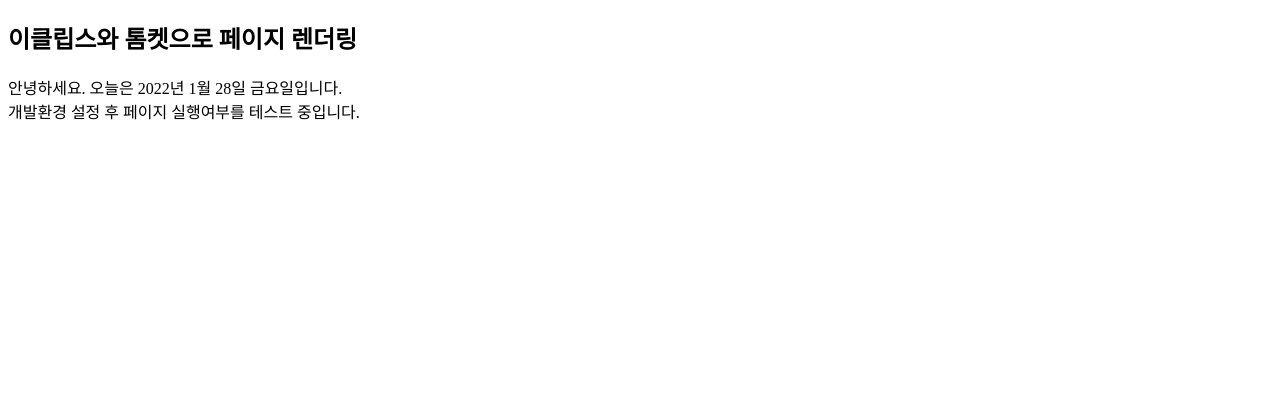
Repository: jjjjjjji-hun/jsp_practice
Page: http://localhost/JSPBasic/Hello.jsp
These files come from the project's save history. The page is drawn as it stood at one moment and after the next save; the edit follows.
The browser window is 1280 px wide. The pictures show the whole page.
The page is served by Tomcat 9.

Above is the page before, as saved 2022-01-28 01:48:35.

### JSPBasic/src/main/webapp/Hello.jsp
<%@ page language="java" contentType="text/html; charset=UTF-8"
    pageEncoding="UTF-8"%>
<!DOCTYPE html>
<html>
<head>
<meta charset="UTF-8">
<title>JSP 1일차 공부</title>
</head>
<body>

	<h2>이클립스와 톰켓으로 페이지 렌더링</h2>
	<p>
		안녕하세요. 오늘은 2022년 1월 28일 금요일입니다.<br/>
		개발환경 설정 후 페이지 실행여부를 테스트 중입니다.
	</p>
</body>
</html>

After the next save:
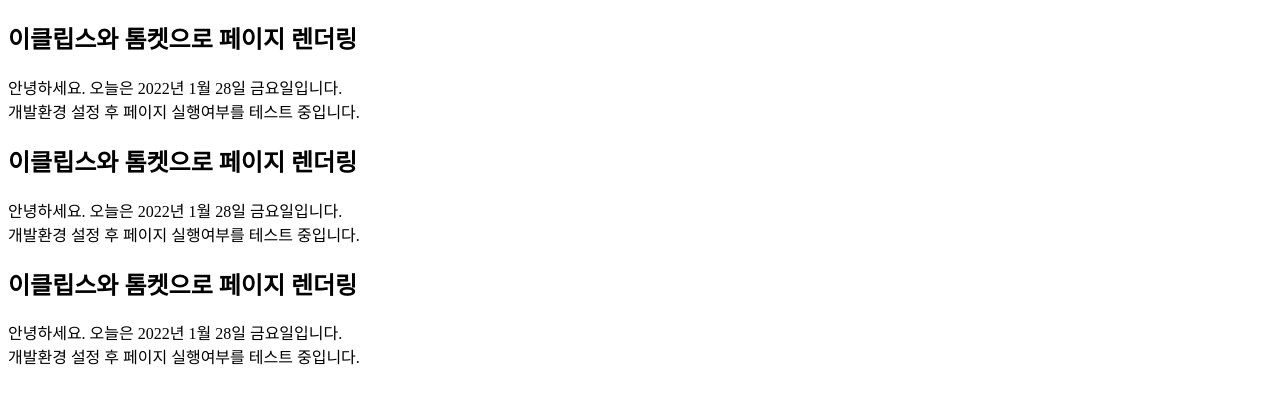
Saved 16 min 15 s later.
--- a/JSPBasic/src/main/webapp/Hello.jsp
+++ b/JSPBasic/src/main/webapp/Hello.jsp
@@ -13,5 +13,15 @@
 		안녕하세요. 오늘은 2022년 1월 28일 금요일입니다.<br/>
 		개발환경 설정 후 페이지 실행여부를 테스트 중입니다.
 	</p>
+	<h2>이클립스와 톰켓으로 페이지 렌더링</h2>
+	<p>
+		안녕하세요. 오늘은 2022년 1월 28일 금요일입니다.<br/>
+		개발환경 설정 후 페이지 실행여부를 테스트 중입니다.
+	</p>
+	<h2>이클립스와 톰켓으로 페이지 렌더링</h2>
+	<p>
+		안녕하세요. 오늘은 2022년 1월 28일 금요일입니다.<br/>
+		개발환경 설정 후 페이지 실행여부를 테스트 중입니다.
+	</p>
 </body>
 </html>
